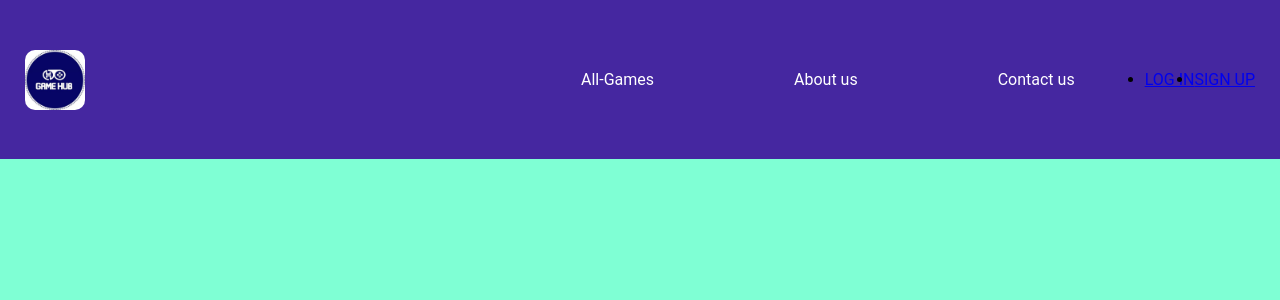
Repository: Fariaddd/HTML-CSS-reset
Page: index.html
An editor plug-in stored every save of this project. The page is shown before and after the next save, followed by the edit.
The browser window is 1280 px wide. The pictures show the whole page.
Some web fonts or font styles are not loaded; a fallback is used.

Above is the page before, as saved 2022-04-01 16:31:34.

### index.html
<!DOCTYPE html>
<html lang="en">
  <head>
    <meta charset="UTF-8" />
    <meta http-equiv="X-UA-Compatible" content="IE=edge" />
    <meta name="viewport" content="width=device-width, initial-scale=1.0" />
    <title>Document</title>
    <link rel="stylesheet" href="style/index.css" />
  </head>
  <body>
    <header class="header">
      <div class="logo">
        <a href="./index.html">
          <img src="./img/Gamehub.png" alt="Gamehub-logo"
        /></a>
      </div>
      <div class="navigation">
        <ul class="menu">
          <li><a href="./all-games.html">All-Games</a></li>
          <li><a href="./about.html">About us</a></li>
          <li><a href="./concats.html">Contact us</a></li>
        </ul>
        <ul class="navigation">
            <li>
              <a href="./login.html" class="links">LOG IN</a>
            </li>
            <li>
              <a href="./sign.html" class="links">SIGN UP</a>
            </li>
      </div>
    </header>
  </body>
</html>

### style/index.css
@import url("https://fonts.googleepis.com/css?family=roboto:300,400,500,600,700,800,900&display=swap");

* {
  font-family: "Roboto";
  margin: 0;
  padding: 0;
  box-sizing: border-box;
}

body {
  background-color: aquamarine;
}
.header {
  position: relative;
  width: 100%;
  display: flex;
  justify-content: space-between;
  align-items: center;
  background: #4527a0;
  padding: 0 25px;
  transition: 0.3s;
}

.logo a {
  display: block;
}

.logo a img {
  display: block;
  width: 60px;
  border-radius: 10px;
}

.navigation {
  display: flex;
  justify-content: space-between;
  align-items: center;
}
.menu {
  display: flex;
  justify-content: center;
  flex-direction: row;
  align-items: center;
  z-index: 1;
  transition: 0.5s;
}

.menu li {
  list-style-type: none;
}

.menu li a {
  color: #fff;
  text-decoration: none;
  display: block;
  padding: 70px;
}

After the next save:
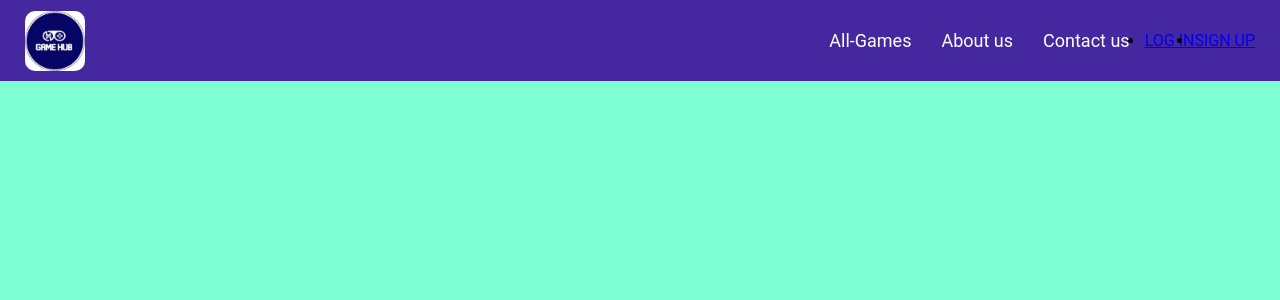
Saved 12 s later.
--- a/style/index.css
+++ b/style/index.css
@@ -53,5 +53,6 @@
   color: #fff;
   text-decoration: none;
   display: block;
-  padding: 70px;
+  padding: 30px 15px;
+  font-size: 18px;
 }
